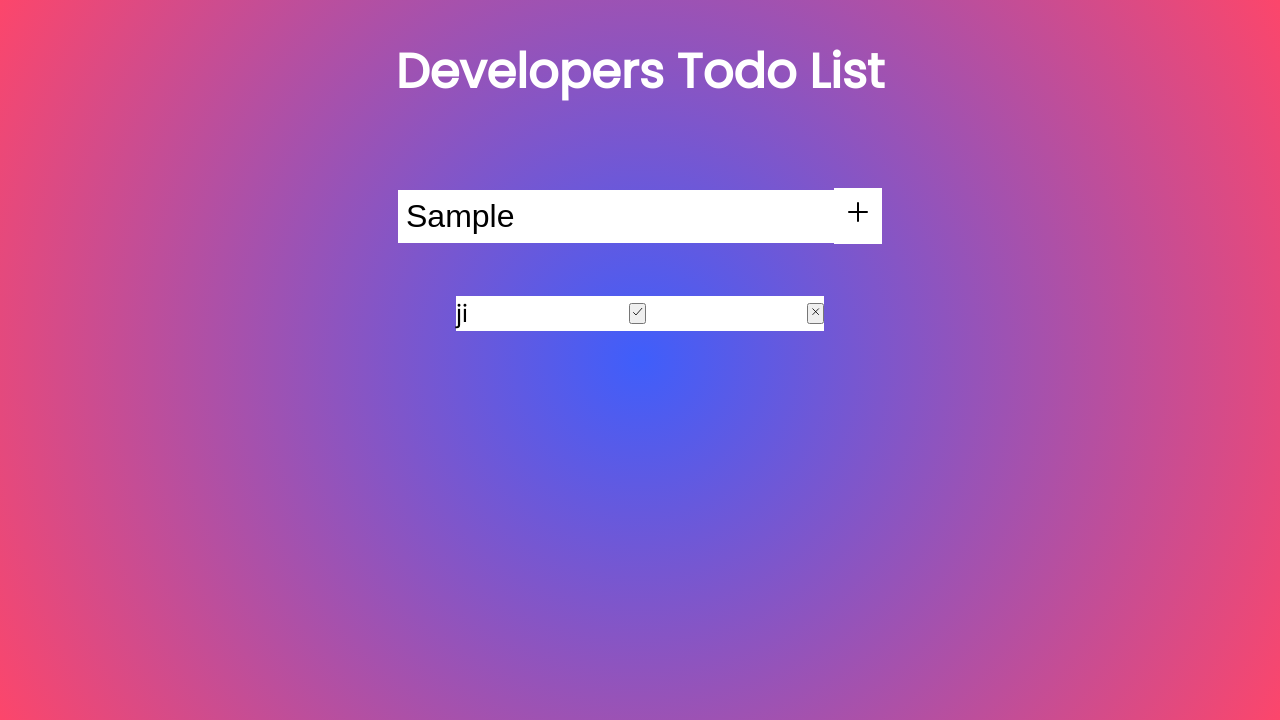
Repository: DevAntonioRogers/Vanilla-TodoList
Page: index.html
These files come from the project's save history. The page is drawn as it stood at one moment and after the next save; the edit follows.
The browser window is 1280 px wide. The pictures show the whole page.
Empty fields were first filled with sample values (such as "Sample", 5 or name@example.com).
After loading, the first visible `button.todo-button` was clicked once.

Above is the page before, as saved 2023-05-12 00:17:26.

After the next save:
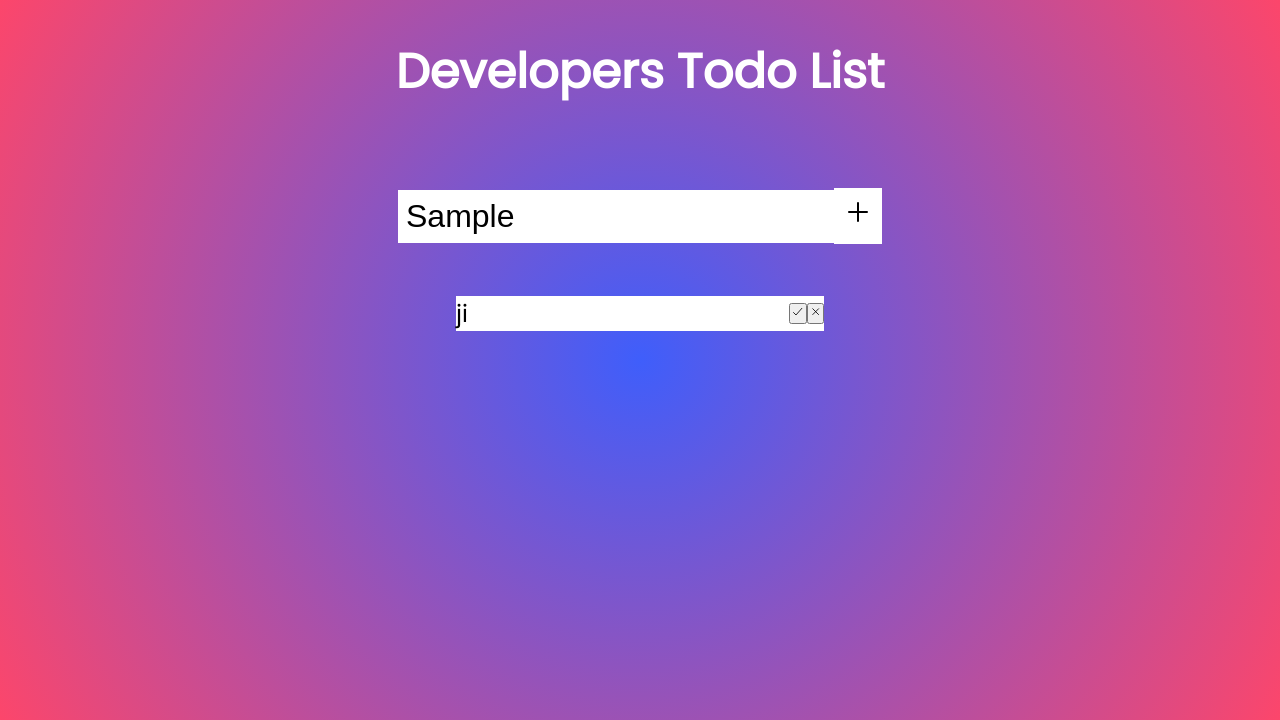
Saved 44 s later.
--- a/style.css
+++ b/style.css
@@ -58,3 +58,9 @@ form button {
   justify-content: space-between;
   align-items: center;
 }
+
+.todo li {
+  flex: 1;
+}
+
+.delete-button;
